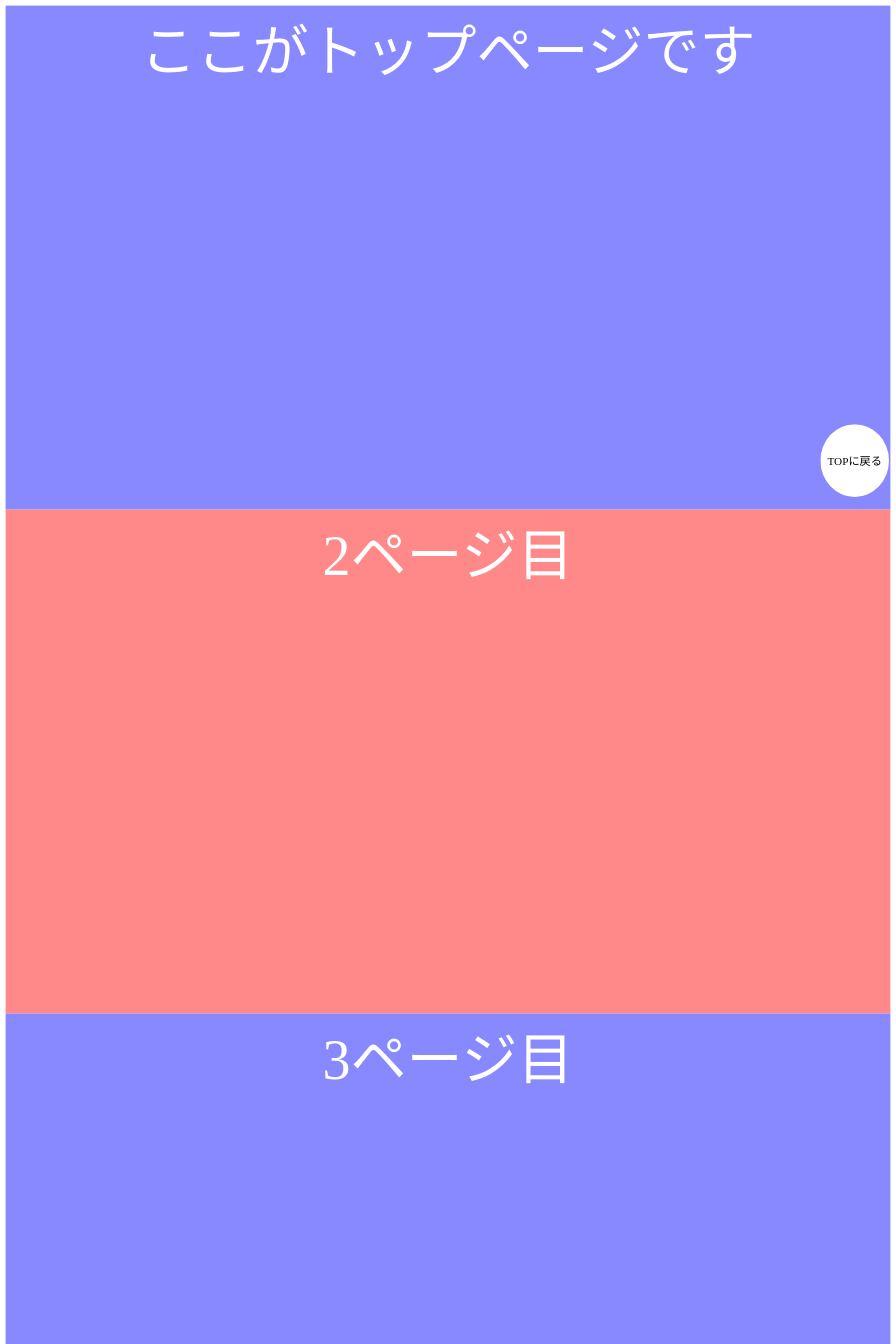
Repository: picalin/samurai_typing-game
Page: JavaScript_tutorial/ScrollBottun.html
The author's editor kept a record of every edit. The page is drawn from the files as they stood at one moment, then again after the next edit.
The browser window is 1280 px wide. The pictures show the part of the page from y = 0 to 1920 px (the page is 3616 px tall), at 70% of full size.

Above is the page before.
Console error: TypeError: Cannot read properties of undefined (reading 'style')

After the next edit:
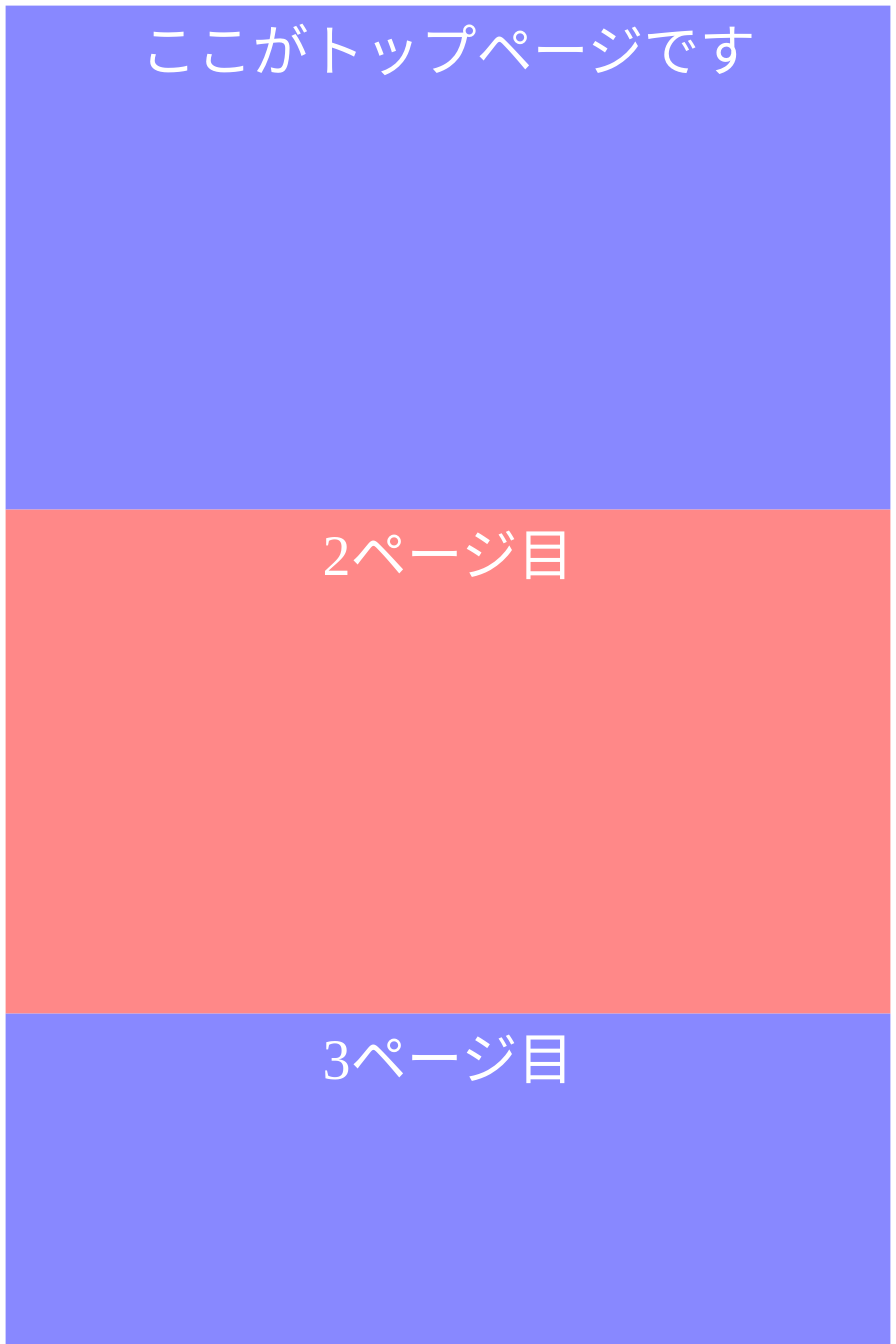
The error is gone.
The edit:
--- a/JavaScript_tutorial/ScrollBottun.html
+++ b/JavaScript_tutorial/ScrollBottun.html
@@ -59,7 +59,7 @@
 
           } else if (scrollValue < 300) {
 
-              topLink[0].style.display = "none";
+              topLink.style.display = "none";
 
           }
           console.log(scrollValue);
